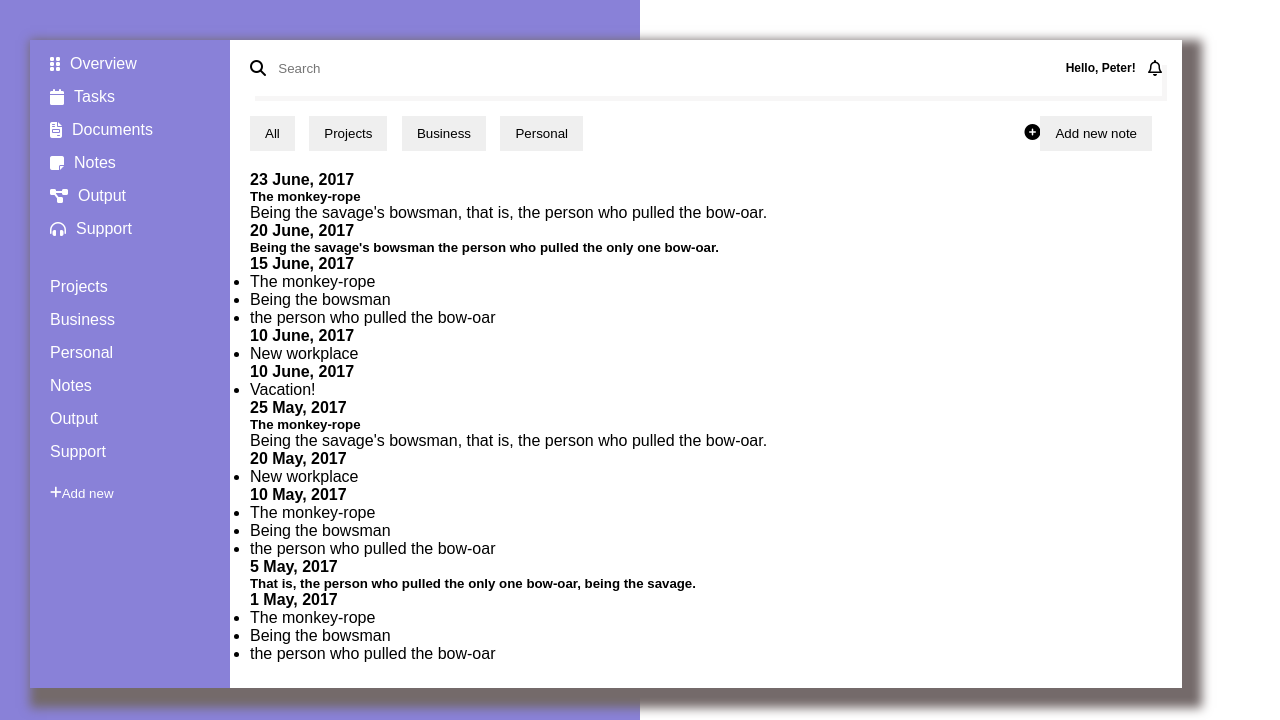
Repository: SatenikGabrielyan/HTML_CSS-_Assignment
Page: index.html
An editor plug-in stored every save of this project. The page is shown before and after the next save, followed by the edit.
The browser window is 1280 px wide. The pictures show the whole page.
Some web libraries are served in a nearby version.

Above is the page before, as saved 2025-03-18 00:42:22.

### index.html
<!DOCTYPE html>
<html lang="en">
  <head>
    <meta charset="UTF-8" />
    <meta name="viewport" content="width=device-width, initial-scale=1.0" />
    <title>Notes App</title>
    <link rel="stylesheet" href="./style.css" />
    <script src="https://kit.fontawesome.com/858d305f19.js" crossorigin="anonymous"></script>
</head>
  <body>
      <div class="cont">
          <div class="purp"></div>
          <div class="whit"></div>
      </div>
    <div class="container">
      <aside class="sidebar">
        <!-- <header class="circle">
            <i class="fa-regular fa-circle"></i>
        </header> -->
        <nav>
            <ul class="first">
                <li><i class="fa-solid fa-grip-vertical"></i>Overview</li>
                <li> <i class="fa-solid fa-calendar"></i>Tasks</li>
                <li><i class="fa-solid fa-file-invoice"></i>Documents</li>
                <li><i class="fa-solid fa-note-sticky"></i>Notes</li>
                <li><i class="fa-solid fa-diagram-project"></i>Output</li>
                <li><i class="fa-solid fa-headphones-simple"></i>Support</li>
            </ul>
            <ul class="second">
                <li>Projects</li>
                <li>Business</li>
                <li>Personal</li>
                <li>Notes</li>
                <li>Output</li>
                <li>Support</li>
            </ul>
        </nav>
        <button class="add-new"><i class="fa-solid fa-plus"></i>Add new</button>
        <div class="foot">

        </div>
    </aside>

    <main class="main-content">
       <div class="header">
            <i class="fas fa-search"></i>  <input type="text" placeholder="Search">
            <h3>Hello, Peter!</h3> <i class="fa-regular fa-bell"></i>
    </div>
    <div class="proj">
        <div class="but">
        <div class="tabs">
            <button>All</button>
            <button>Projects</button>
            <button>Business</button>
            <button>Personal</button>
        </div>
        <div >
            <i class="fa-solid fa-circle-plus"></i><button class="add tabs">Add new note</button>
        </div>
    </div>
        <!-- <div class="notes-grid">

            <div class="note-card">
                <h4>23 June, 2017</h4>
                <h5>The monkey-rope</h5>
                <p>Being the savage's bowsman, that is, the person who pulled the bow-oar.</p>
            </div>
            <div class="note-card">
                <h4>20 June, 2017</h4>
                <h5>Being the savage's bowsman</h5>
                <p>The person who pulled the only one bow-oar.</p>
            </div>
            <div class="note-card">
                <h4>1 June, 2017</h4>
                <h5>Vacation!</h5>
            </div>
            <div class="note-card">
                <h4>25 May, 2017</h4>
                <h5>The monkey-rope</h5>
                <p>Being the savage's bowsman, that is, the person who pulled the bow-oar.</p>
            </div>
            <div class="note-card">
                <h4>20 May, 2017</h4>
                <h5>New workplace</h5>
            </div>
            <div class="note-card">
                <h4>5 May, 2017</h4>
                <h5>That is, the person</h5>
                <p>Being the savage.</p>
            </div>
        </div> -->
        <div class="cards">
            <div class="card">
                <h4>23 June, 2017</h4>
                <h5>The monkey-rope</h5>
                <p>Being the savage's bowsman, that is, the person who pulled the bow-oar.</p>
            </div>
            <div class="card">
                <h4>20 June, 2017</h4>
                <h5>Being the savage's bowsman the person who pulled the only one bow-oar.</h5>
            </div>
            <div class="card">
                <h4>15 June, 2017</h4>
                <ul>
                <li>The monkey-rope</li>
                <li>Being the bowsman</li>
                <li>the person who pulled the bow-oar</li>
            </ul>
            </div>
            <div class="card">
                <h4>10 June, 2017</h4>
                <ul>
                    <li>New workplace</li>
                </ul>
            </div>
            <div class="card">
                <h4>10 June, 2017</h4>
                <ul>
                    <li>Vacation!</li>
                </ul>
            </div>
            <div class="card">
                    <h4>25 May, 2017</h4>
                    <h5>The monkey-rope</h5>
                    <p>Being the savage's bowsman, that is, the person who pulled the bow-oar.</p>
            </div>
            <div class="card">
                <h4>20 May, 2017</h4>
                <ul>
                    <li>New workplace</li>
                </ul>
            </div>
            <div class="card">
                <h4>10 May, 2017</h4>
                <ul>
                <li>The monkey-rope</li>
                <li>Being the bowsman</li>
                <li>the person who pulled the bow-oar</li>
            </ul>
            </div>
            <div class="card">
                <h4>5 May, 2017</h4>
                <h5>That is, the person who pulled the only one bow-oar, being the savage.</h5>
            </div>
            <div class="card">
                <h4>1 May, 2017</h4>
                <ul>
                <li>The monkey-rope</li>
                <li>Being the bowsman</li>
                <li>the person who pulled the bow-oar</li>
            </ul>
            </div>
        </div>
    </div>
    </main>

    </div>

  </body>
</html>

### style.css
/* CSS Variables for Colors */
:root {
    --bg-color: #fbfbfb;
    --primary-color: #8981d8;
    --secondary-color: #d0d0d0;
    --text-color: #858499;
    --highlight-color: #7f77cc;
    --hover-color: rgba(137, 129, 216, 0.5);
  }


  * {
    margin: 0;
    padding: 0;
    box-sizing: border-box;
  }

  body {
    font-family: Arial, sans-serif;
    /* background-color: var(--bg-color); */
    display: flex;
    height: 100vh;
  }
  .wrapper{
    position: relative;
  }

  .cont{
      display: flex;
      width: 100%;
      position: relative;
      z-index: -1;
      border-radius: 10px;
  }
.purp {
    width: 50%;
    background-color: var(--primary-color);
    flex-direction: row;
}
.whit {
    width: 50%;
    /* background-color: lightgray; */
    flex-direction: row;
}
  .container {
    display: flex;
    width: 90%;
    height: 90%;

    box-shadow: 10px 10px 10px 10px rgb(116, 106, 106);
    margin-left: 30px;
    margin-right: 30px;
    margin-top: 40px;
    margin-bottom: 80px;
    background: center;
    position: absolute;
    z-index: 2;
  }

   .sidebar {
    width: 200px;
    background-color: var(--primary-color);
    color: #fff;
    display: flex;
    flex-direction: column;
    /* padding: 20px; */
  }

  /* .main-content li {
    float: left;
  }

  .main-content li a {
    display: block;
    color: white;
    text-align: center;
    padding: 14px 16px;
    text-decoration: none;
  }

  .main-content li a:hover:not(.active) {
    background-color: #111;
  } */
  /* .first {
    list-style-type: none;
     list-style: none;
} */
.first li {
    margin: 15px 0;
    display: flex;
    align-items: center;
    cursor: pointer;
    padding-left: 20px;
}
  .sidebar-header h2 {
    margin-bottom: 20px;
  }

  .first li i {
    margin-right: 10px;
  }
  .second {
      margin-top: 40px;
  }
 .second li {
    margin: 15px 0;
    display: flex;
    align-items: center;
    cursor: pointer;
    padding-left: 20px;
 }
 .second li::marker {
    color: red;
  }
  .main-content {
    background-color: white;
    /* width: 200px; */
    flex-grow: 1;
    flex: 1;
    /* padding-top: 20px; */
     padding: 20px;
    /* overflow-y: auto;  */
  }

   /* header {
    display: flex;
    justify-content: space-between;
    align-items: center;
    margin-bottom: 20px;
  } */

  /*
  .header-left p {
    font-size: 1.2em;
    color: var(--text-color);
  }

  .header-right {
    display: flex;
    align-items: center;
  }

  .header-right i {
    margin-right: 20px;
    cursor: pointer;
  }

  .add-note-btn {
    background-color: var(--primary-color);
    color: #fff;
    border: none;
    padding: 10px 20px;
    cursor: pointer;
    display: flex;
    align-items: center;
  }

  .add-note-btn i {
    margin-right: 10px;
  }


  .notes-grid {
    display: grid;
    grid-template-columns: repeat(auto-fill, minmax(300px, 1fr));
    gap: 20px;
  }

  .note-item {
    background-color: #fff;
    border-radius: 8px;
    box-shadow: 0 2px 4px rgba(0, 0, 0, 0.1);
    overflow: hidden;
    display: flex;
    flex-direction: column;
    padding: 20px;
  }

  .note-item img {
    width: 100%;
    height: auto;
    border-radius: 8px;
    margin-bottom: 15px;
  }

  .note-item p {
    color: var(--text-color);
    font-size: 1em;
    line-height: 1.5;
  }


  .sidebar-list li:hover {
    background-color: var(--highlight-color);
    transition: background-color 0.3s ease;
  }


  @media (max-width: 768px) {
    .container {
      flex-direction: column;
    }

    .sidebar {
      width: 100%;
      flex-direction: row;
      justify-content: space-around;
      padding: 10px;
    }

    .sidebar-list {
      display: flex;
      flex-direction: row;
      gap: 15px;
    }

    .sidebar-list li {
      margin: 0;
    }

    .main-content {
      padding: 10px;
    }

    header {
      flex-direction: column;
      align-items: flex-start;
    }

    .header-right {
      margin-top: 10px;
    }

    .notes-grid {
      grid-template-columns: 1fr;
    }

    .note-item {
      padding: 10px;
    }

    .note-item img {
      margin-bottom: 10px;
    }
  } */
  /* .sidebar {
    background-color: #5e4b9a;
    color: white;
    width: 300px;
    padding: 20px;
} */

/* .sidebar header {
    font-size: 24px;
}

.sidebar nav ul {
    list-style: none;
    padding: 0;
}

.sidebar nav ul li {
    margin: 15px 0;
} */

.add-new {
    background-color: var(--primary-color);
    color: white;
    border: none;
    padding: 10px;
    cursor: pointer;
    display: flex;
    padding-left: 20px;
}

.header {
    display: flex;
    width: 100%;
    justify-content: space-between;
    align-items: center;
    background-color: white;
    box-shadow: 5px  5px rgb(247, 246, 246);
    padding-bottom: 20px;
}

.header input {
    border: none;
    margin: 0;
    width: 85%;
}

.header h3 {
    margin: 0;
    font-size: 12px;
}

.tabs {
    margin: 20px 0;
}

.tabs button {
    margin-right: 10px;
    padding: 10px 15px;
    border: none;
    /* background-color: #e2e2e2; */
    cursor: pointer;
}
.tabs :hover {
    background-color: var(--highlight-color);
    transition: background-color 0.3s ease;
  }

.notes-grid {
    display: grid;
    grid-template-columns: repeat(auto-fill, minmax(240px, 1fr));
    gap: 20px;
}
.but{
    display: flex;
    flex-direction: row;
    justify-content: space-between;
}
.add {
    margin-right: 10px;
    padding: 10px 15px;
    border: none;
    cursor: pointer;
}

.note-card {
    border: 1px solid #e2e2e2;
    border-radius: 10px;
    padding: 15px;
    background-color: #f9f9f9;
}

.note-card h4 {
    margin: 0;
    font-weight: normal;
}

.note-card h5 {
    margin: 10px 0;
}

After the next save:
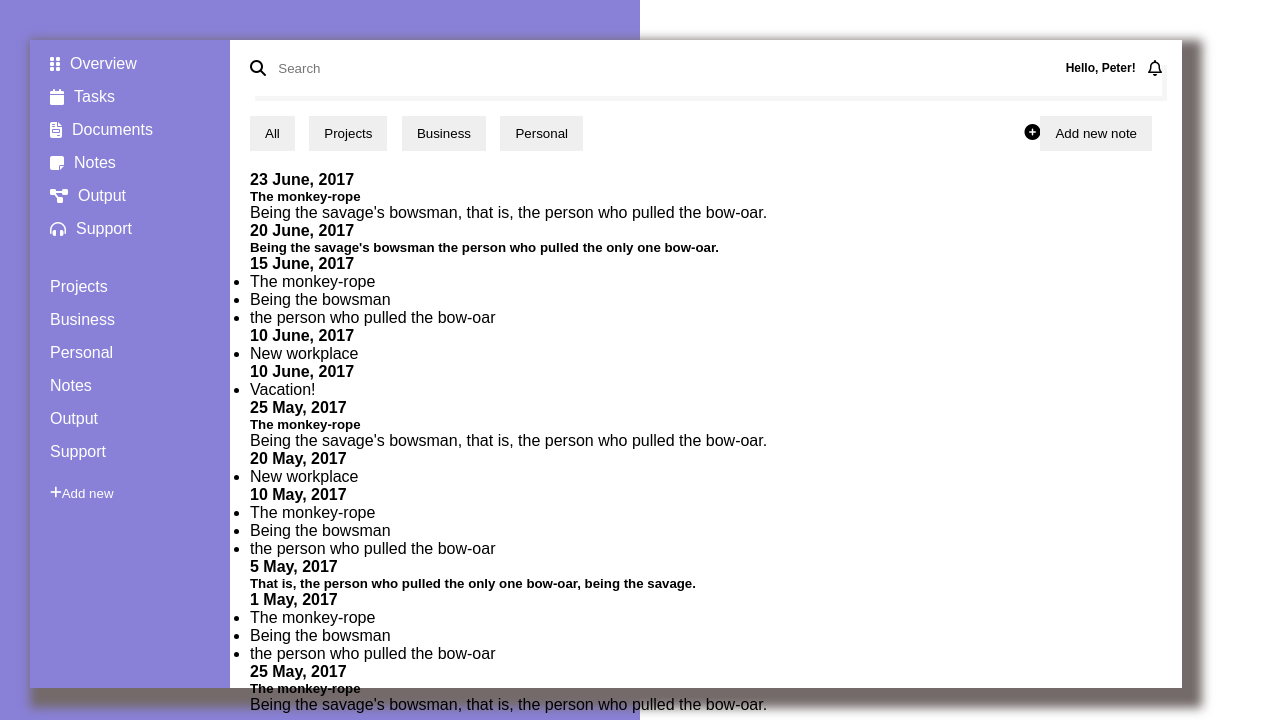
Saved 22 s later.
--- a/index.html
+++ b/index.html
@@ -150,6 +150,11 @@
                 <li>the person who pulled the bow-oar</li>
             </ul>
             </div>
+            <div class="card">
+                <h4>25 May, 2017</h4>
+                <h5>The monkey-rope</h5>
+                <p>Being the savage's bowsman, that is, the person who pulled the bow-oar.</p>
+        </div>
         </div>
     </div>
     </main>
